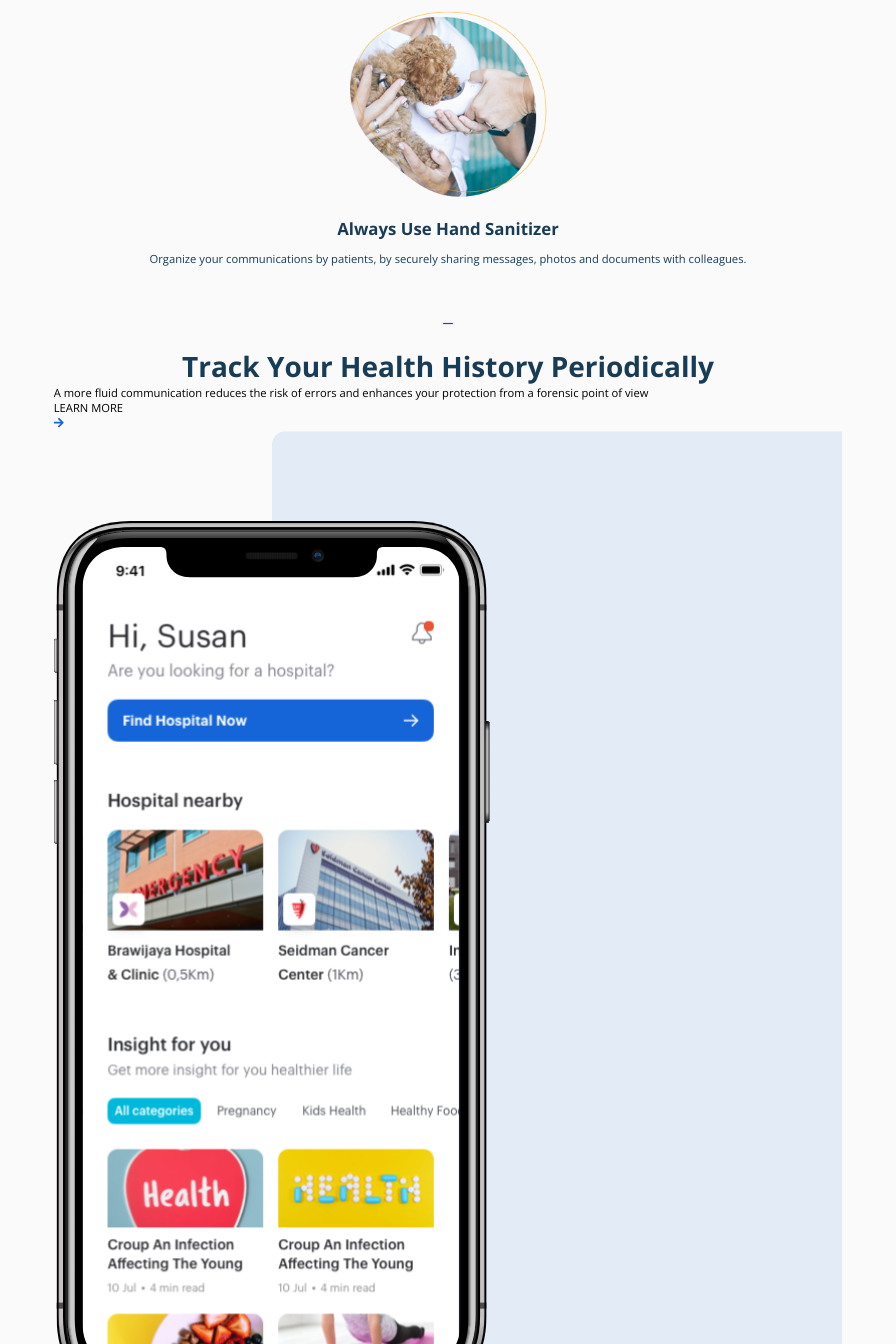
Repository: Esttevo/prova-html-css
Page: index.html
An editor plug-in stored every save of this project. The page is shown before and after a run of saves, followed by the edit.
The browser window is 1280 px wide. The pictures show the part of the page from y = 4580 to 6500 px (the page is 8446 px tall before and 8466 px after), at 70% of full size.
A picture or video elsewhere on the page could not be fetched, so the positions and the page height are approximate.

Above is the page before, as saved 2026-09-01 15:07:47.

### index.html
<!DOCTYPE html>
<html lang="en">
<head>
    <meta charset="UTF-8">
    <meta name="viewport" content="width=device-width, initial-scale=1.0">
    <title>Document</title>
    <link rel="stylesheet" href="style.css">
</head>
<body>
    <header>
        <img id="header-logo" src="img/icons/Logo.svg" alt="Logo escrita EHYA">

        <nav id="header-nav">
            <a class="no-chevron" href="#">Home</a>
            <a class="with-chevron" href="#">
                Landings
                <img src="img/icons/icon-chevron-down.svg" alt="indica que possui uma lista ao clicar">
            </a>
            <a class="with-chevron" href="#">
                Pages
                <img src="img/icons/icon-chevron-down.svg" alt="indica que possui uma lista ao clicar">
            </a>
            <a href="#">Docs</a>
            <a href="#">Help</a>
            <button>Get it now</button>
        </nav>

        <img src="img/icons/icon-menu-hamburger.svg" alt="Menu hamburger">
    </header>

    <main>
        <section id="section-hero">
            <div id="hero-text">
                <div id="bar-text">
                    <div class="stylization-bar"> a</div>

                    <h4>
                        Changing the way you
                        go to healthcare
                    </h4>
                </div>

                <h1>
                    Primary Care
                    Designed for
                    Real Life
                </h1>

                <p>
                Discuss patients, share notes and documents in a secure manner and be part of a network of health professionals ready to
                collaborate better.
                </p>

                <form id="form-hero" action="#">
                    <input id="text-write" type="text" placeholder="name@youremail.com">
                    <input id="button" type="submit" value="Subscribe">
                </form>
            </div>
            <img src="img/image-hero.png" alt="4 medicos sorrindo e uma medica sobrepondo os 4">
        </section>

        <section id="section-connect">
            <div id="connect-title-subtitle">
                <h2>
                    Connect easily. Collaborate efficiently.
                </h2>

                 <p>
                    Rather than do things the
                    ypical way, we’ve created
                    a membership-based primary
                    care practice truly designed
                    around your needs.
                </p>
            </div>

           <img src="img/Dashboard.svg" alt="dashboard de exemplo de um sistema de agendamento">

           <div id="cards-advantages">
                <div id="card-advantages-doctor">
                     <h2>01</h2>
                     <h3>For Doctor</h3>
                     <p>
                         You get an in-house
                         team to guide and advocate
                         for you through questions
                     </p>
                </div>

                <div id="card-advantages-patient">
                     <h2>02</h2>
                     <h3>For Patient</h3>
                     <p>
                         You get an in-house
                         team to guide and advocate
                         for you through questions
                     </p>
                </div>

                <div id="card-advantages-clinician">
                     <h2>03</h2>
                     <h3>For Clinician</h3>
                     <p>
                         You get an in-house
                         team to guide and advocate
                         for you through questions
                     </p>
                </div>
            </div>
        </section>

        <section id="section-protect">
            <h2>
                Protect yourself and your family first.
            </h2>

            <div id="protect-content-tips">
                <div class="content-tips-card">
                    <img src="img/icons/icon-house.svg" alt="">

                    <h3>
                        Stay at Home first
                    </h3>

                    <p>
                        Our technology makes
                        it practically impossible
                        for any patient data breach to occur
                    </p>
                </div>

                <div class="content-tips-card">
                    <img src="img/icons/icon-hand.svg" alt="">

                    <h3>
                        Wash Your Hands Periodically
                    </h3>

                    <p>
                        You can talk freely and confidently
                        about patients with other health professionals
                         treating them
                    </p>
                </div>

                <div class="content-tips-card">
                    <img src="img/icons/icon-remedy.svg" alt="">

                    <h3>
                        Consume more Vitamin C
                    </h3>

                    <p>
                        A more fluid communication reduces
                        the risk of errors and enhances your
                        protection from a forensic point of view
                    </p>
                </div>

                <div class="content-tips-card">
                    <img src="img/icons/icon-medicament.svg" alt="">

                    <h3>
                        Always Use Hand Sanitizer
                    </h3>

                    <p>
                        Organize your communications
                        by patients, by securely sharing
                        messages, photos and documents
                        with colleagues.
                    </p>
                </div>
            </div>
        </section>

        <section id="section-modern">
            <h2>
                Modern clinics.
                Smart, hassle
                -free care.
            </h2>

            <div id="modern-cards-content">
                <div class="modern-content-img-text">
                    <img src="img/image-medic.svg" alt="equipamentos de medico">
                    <h3>
                        Consume more Vitamin C
                    </h3>

                    <p>
                        A more fluid communication reduces
                        the risk of errors and enhances your
                        protection from a forensic point of view
                    </p>
                </div>

                <div class="modern-content-img-text">
                    <img src="img/image-kid-dad.png" alt="cachorro tomando agua no colo">
                    <h3>
                        Stay at Home first
                    </h3>

                    <p>
                        Our technology makes
                        it practically impossible
                        for any patient data breach to occur
                    </p>
                </div>

                <div class="modern-content-img-text">
                    <img src="img/image-kid.png" alt="Criança caminhando de mão dada">
                    <h3>
                        Wash Your Hands Periodically
                    </h3>

                    <p>
                        You can talk freely and confidently
                        about patients with other health professionals
                         treating them
                    </p>
                </div>

                <div class="modern-content-img-text">
                    <img src="img/image-dog.png" alt="cachorro tomando agua no colo">
                    <h3>
                        Always Use Hand Sanitizer
                    </h3>

                    <p>
                        Organize your communications
                        by patients, by securely sharing
                        messages, photos and documents
                        with colleagues.
                    </p>
                </div>
            </div>
        </section>

        <section id="section-health">
            <div class="health-content-text">
                <div class="stylization-bar"></div>

                <h2>
                     Track Your Health
                     History Periodically
                </h2>

                <p>
                 A more fluid communication reduces
                 the risk of errors and enhances your
                 protection from a forensic
                 point of view
                </p>

                <div id="learn-more">
                     <p>LEARN MORE</p>
                     <img src="img/icons/icon-arrow-right.svg" alt="seta para a direita, clique para ler mais">
                </div>
            </div>

           <img id="image-mobile" src="img/image-health-mobile.svg" alt="iphone em um site de localização de hospitais com mapa e busca">
            <img id="image-desktop" src="img/image-health-desktop.svg" alt="iphone em um site de localização de hospitais com mapa e busca">
           <div id="count-pages">
                <p>1/4 screen</p>

                <div id="img-arrow">
                    <img src="img/icons/icon-button-left.svg" alt="botão para tela da esquerda">
                    <img src="img/icons/icon-button-right.svg" alt="botão para tela da direita">
                </div>
           </div>
        </section>

        <section id="section-resources">
            <article class="selected-resources-card">
                <img src="img/icons/icon-docs.png" alt="simbolo de documento">

                <h3>Stay at Home first</h3>

                <p>
                    A more fluid communication
                    reduces the risk of errors.
                </p>

                <a href="#">
                    READ ARTICLE
                </a>
            </article>

            <article class="resources-card">
                <img src="img/icons/icon-docs.png" alt="simbolo de documento">

                <h3>
                    Wash Your Hands
                </h3>

                <p>
                    A more fluid communication
                    reduces the risk of errors.
                </p>

                <a href="#">
                    READ ARTICLE
                </a>
            </article>

            <article class="resources-card">
                <img src="img/icons/icon-docs.png" alt="simbolo de documento">

                <h3>Use Hand Sanitizer</h3>

                <p>
                    A more fluid communication
                    reduces the risk of errors.
                </p>

                <a href="#">
                    READ ARTICLE
                </a>
            </article>

            <article class="resources-card">
                <img src="img/icons/icon-docs.png" alt="simbolo de documento">

                <h3>Consume Vitamin C</h3>

                <p>
                    A more fluid communication
                    reduces the risk of errors.
                </p>

                <a href="#">
                    READ ARTICLE
                </a>
            </article>
        </section>

        <section id="section-updates">
            <h2>be the first to know our updates</h2>

            <form action="#">
                <input  type="text" id="name" name="name" placeholder="&#xF007; Teste">
                <input  type="text" id="name" name="name" placeholder="&#xF007; Teste">
                <input type="submit" value="Subscribe Us">
            </form>
        </section>
    </main>

    <footer id="footer">
        <div id="footer-content-nav">
            <nav class="nav-footer">
                <a class="nav-title" href="#">Product</a>
                <a class="nav-item" href="#">Landingpage</a>
                <a class="nav-item" href="#">Features</a>
                <a class="nav-item" href="#">Documentation</a>
                <a class="nav-item" href="#">Referral Program</a>
                <a class="nav-item" href="#">Pricing</a>
            </nav>

            <nav class="nav-footer">
                <a class="nav-title" href="#">Services</a>
                <a class="nav-item" href="#">Documentation</a>
                <a class="nav-item" href="#">Design</a>
                <a class="nav-item" href="#">Themes</a>
                <a class="nav-item" href="#">Illustrations</a>
                <a class="nav-item" href="#">UI Kit</a>
            </nav>

            <nav class="nav-footer">
                <a class="nav-title" href="#">Company</a>
                <a class="nav-item" href="#">About</a>
                <a class="nav-item" href="#">Terms</a>
                <a class="nav-item" href="#">Privacy Policy</a>
                <a class="nav-item" href="#">Careers</a>
            </nav>

            <nav class="nav-footer">
                <a class="nav-title" href="#">More</a>
                <a class="nav-item" href="#">Documentation</a>
                <a class="nav-item" href="#">License</a>
                <a class="nav-item" href="#">Changelog</a>
            </nav>
        </div>

        <img src="img/icons/Logo.svg" alt="simbolo de logo">

        <p>Build a modern and creative website with crealand</p>

        <div id="icons-footer">
            <a href="#"><img src="img/icons/Icon-google.svg" alt="icone redirecionamento google"></a>
            <a href="#"><img src="img/icons/icon-twitter.svg" alt="icone redirecionamento email"></a>
            <a href="#"><img src="img/icons/icon-instagram.svg" alt="icone redirecionamento instagram"></a>
            <a href="#"><img src="img/icons/icon-linkedin.svg" alt="icone redirecionamento linkedIn"></a>
        </div>
    </footer>
</body>
</html>

### style.css
@import url('https://fonts.googleapis.com/css2?family=Inter:ital,opsz,wght@0,14..32,100..900;1,14..32,100..900&display=swap');
@import url('https://fonts.googleapis.com/css2?family=Inter:ital,opsz,wght@0,14..32,100..900;1,14..32,100..900&family=Open+Sans:ital,wght@0,300..800;1,300..800&display=swap');

:root {
    --primary-background-color: #FAFAFA;
    --secundary-background-color: #FFFFFF;

    --primary-color: #1565D8;

    --primary-title-font-color: #183B56;

    --primary-subtitle-font-color: #5A7184;

    --primary-font-family: "Open Sans", sans-serif;
    --secundary-font-family: "Inter", sans-serif;

    --color-spacing: #E3E7ED;
}

* {
    margin: 0;
    padding: 0;
    text-decoration: none;
    box-sizing: border-box;
    overflow-x: hidden;
}

body {
    font-family: var(--primary-font-family);
    background-color: var(--primary-background-color);
}

header {
    display: flex;
    justify-content: space-between;
    padding: 1.2rem 1.5rem;

}

#header-nav {
    display: none;
}

#bar-text {
    display: flex;
    flex-direction: column;
    align-items: center;
    gap: 1rem;
    padding: 1.2rem 3rem;
}

.stylization-bar {
    background-color: #344563;;
    width: 14px;
    height: 2px;
    justify-self: center;
}

#bar-text h4 {
    font-size: clamp(14px, 1vw, 30px);
    text-align: center;
    line-height: 150%;
    color: var(--primary-title-font-color);
}

#section-hero {
    display: flex;
    flex-direction: column;
    padding: 0 clamp(1.25rem, 6vw, 9rem);
}

#section-hero h1 {
    color: var(--primary-title-font-color);
    text-align: center;
    line-height: 125%;
    font-weight: 700;
    letter-spacing: 0.2;
    font-family: var(--secundary-font-family);
    padding: 0 1rem;
    font-size: clamp(32px, 5vw, 56px);
}

#section-hero p {
    color: var(--primary-subtitle-font-color);
    text-align: center;
    font-size: 1rem;
    padding-top: 1rem;
    line-height: 175%;
}

#section-hero form {
    display: flex;
    flex-direction: column;
    width: clamp(280px, 100%, 400px);
    padding: 2rem 0;
    justify-self: center;
}

#section-hero #text-write {
    height: 3.8rem;
    border: none;
    border-radius: 0.5rem;
    padding: 1rem;
    font-family: var(--primary-font-family);
}

#section-hero #button {
    background-color: var(--primary-color);
    border: none;
    font-size: var(--primary-font-family);
    color: #FFFFFF;
    border-radius: 0.5rem;
    padding: 0.5rem 0;
    height: 2.5rem;
}

#section-hero img {
    width: clamp(280px, 100%, 540px);
    align-self: center;
    padding-bottom: 3rem;
}

#section-connect {
    display: flex;
    flex-direction: column;
    padding: 0 clamp(1.25rem, 6vw, 9rem);

}

#connect-title-subtitle h2{
    border-top: 1px solid var(--color-spacing);
    color: var(--primary-title-font-color);
    text-align: center;
    padding: 1rem;
    padding-top: 3.7rem;
    line-height: 125%;
    font-family: var(--secundary-font-family);
}

#connect-title-subtitle p {
    color: var(--primary-subtitle-font-color);
    text-align: center;
    line-height: 175%;
    padding-bottom: 0.5rem;
}

#section-connect img {
    width: 438px;
    /* fica certo aos 498, nsei como fazer ainda*/
}

#cards-advantages {
    display: flex;
    flex-direction: column;
    padding-bottom: 3.7rem;
    border-bottom: 1px solid var(--color-spacing);
}

#first-card-advantages {
    display: flex;
    flex-direction: column;
    background-color: var(--secundary-background-color);
    padding: 1rem 1.5rem 1rem 1.5rem;
    border: 1px solid #F8F9FA;
    border-radius: 8px;

}

#first-card-advantages h2 {
    color: var(--primary-color);
    font-size: clamp(24px, 3vw, 48px);
    padding-bottom: 0.8rem;
}

#first-card-advantages h3 {
    font-family: var(--secundary-font-family);
    color: var(--primary-title-font-color);
    padding-bottom: 0.5rem;
}

#first-card-advantages p {
    color: var(--primary-subtitle-font-color);
}

#second-card-advantages {
    display: none;
}

#third-card-advantages {
    display: none;
}

#section-protect {
    display: flex;
    flex-direction: column;
    align-content: center;
    padding: 0 clamp(1.25rem, 6vw, 9rem);

}

#section-protect h2  {
    font-family: var(--secundary-font-family);
    font-size: clamp(24px, 3vw, 48px);
    color: var(--primary-title-font-color);
    padding-bottom: 2rem;
    padding-top: 4rem;
    text-align: center;
    letter-spacing: 0.2;
    font-weight: 700;
}

#protect-content-tips {
    display: flex;
    flex-direction: column;
}

.content-tips-card {
    display: flex;
    flex-direction: column;
    align-items: center;
    padding-bottom: 5rem;
}

.content-tips-card img {
    width: clamp(82px, 9vw, 130px);
    align-self: center;
    margin: 2rem;
}

.content-tips-card h3 {
    font-family: var(--secundary-font-family);
    font-size: clamp(16px, 3vw, 20px);
}
.content-tips-card p {
    color: var(--primary-subtitle-font-color);
    text-align: center;
    padding-top: 0.6rem;
    line-height: 170%;
}

#section-modern {
    display: flex;
    flex-direction: column;
    padding: 0 clamp(1.25rem, 6vw, 9rem);
    margin-bottom: 4.8rem;
}

#section-modern h2 {
    color: var(--primary-title-font-color);
    padding-left: 1rem;
    padding-right: 1rem;
    padding-top: 4.5rem;
    border-top: 1px solid var(--color-spacing);
    font-size: clamp(28px, 5vw, 48px);
    text-align: center;
    line-height: 130%;
}

.modern-content-img-text {
    display: flex;
    flex-direction: column;
    justify-content: center;
    align-items: center;

    padding-top: 3.5rem;
}

.modern-content-img-text h3 {
    color: var(--primary-title-font-color);
    padding-top: 1.8rem;
    padding-bottom: 14px;
    font-size: clamp(22px, 2vw, 24px);
    text-align: center;
}

.modern-content-img-text p {
    color: var(--primary-title-font-color);
   font-size: clamp(14px, 2vw, 16px);
    line-height: 170%;
    text-align: center;
}

#section-health {
    display: flex;
    flex-direction: column;
    padding: 0 clamp(1.25rem, 6vw, 9rem);
    justify-content: center;
}

#section-health .stylization-bar {
    margin-bottom: 2rem;
}

#section-health h2 {
    color: var(--primary-title-font-color);
    font-size: clamp(28px, 5vw, 40px);
    text-align: center;
}

After the next 5 saves:
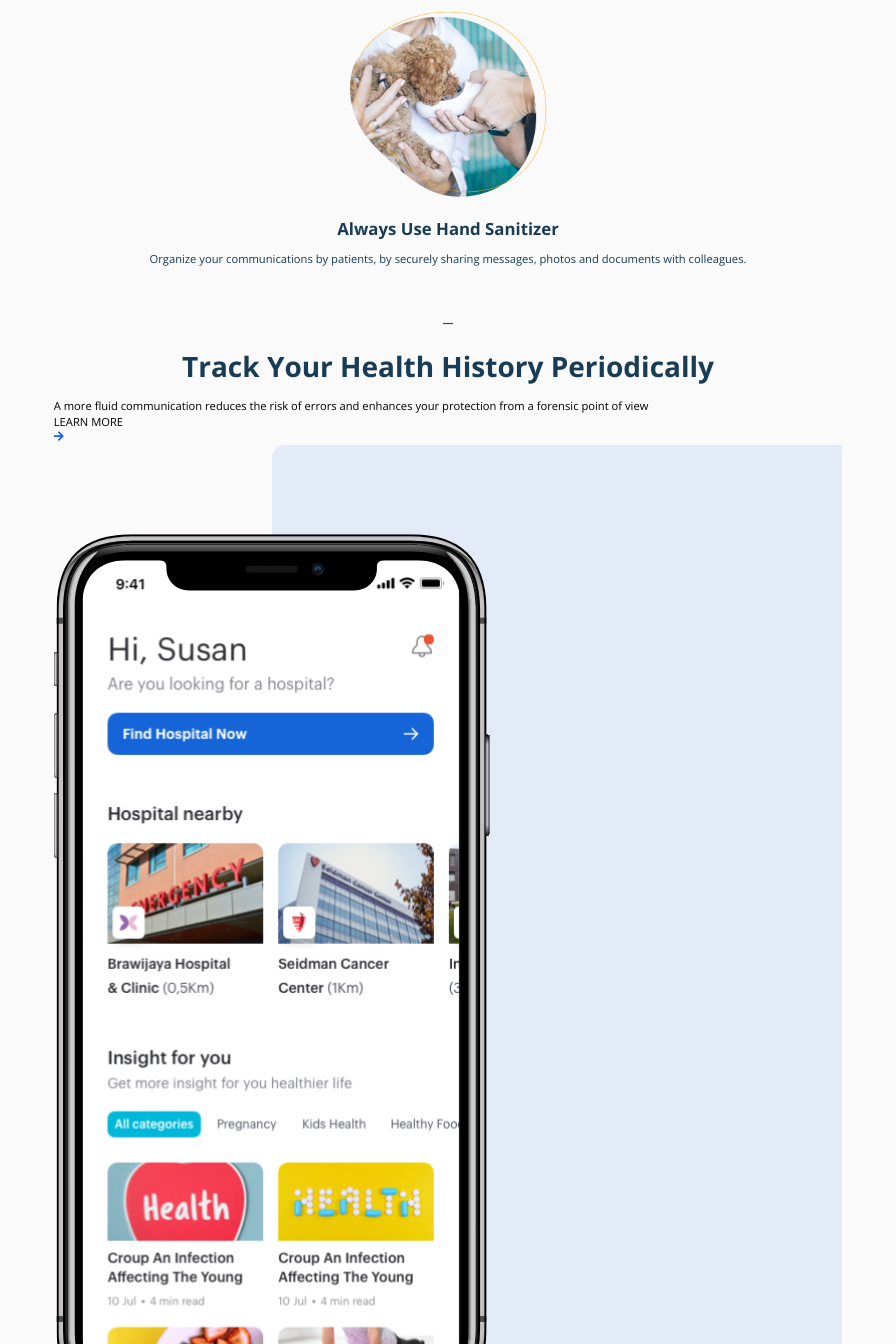
The 5 saves are shown as one change because they came seconds apart.
The last was saved 20 s later.
--- a/style.css
+++ b/style.css
@@ -295,4 +295,5 @@ header {
     color: var(--primary-title-font-color);
     font-size: clamp(28px, 5vw, 40px);
     text-align: center;
-}
+    margin-bottom: 1.2rem;
+}
